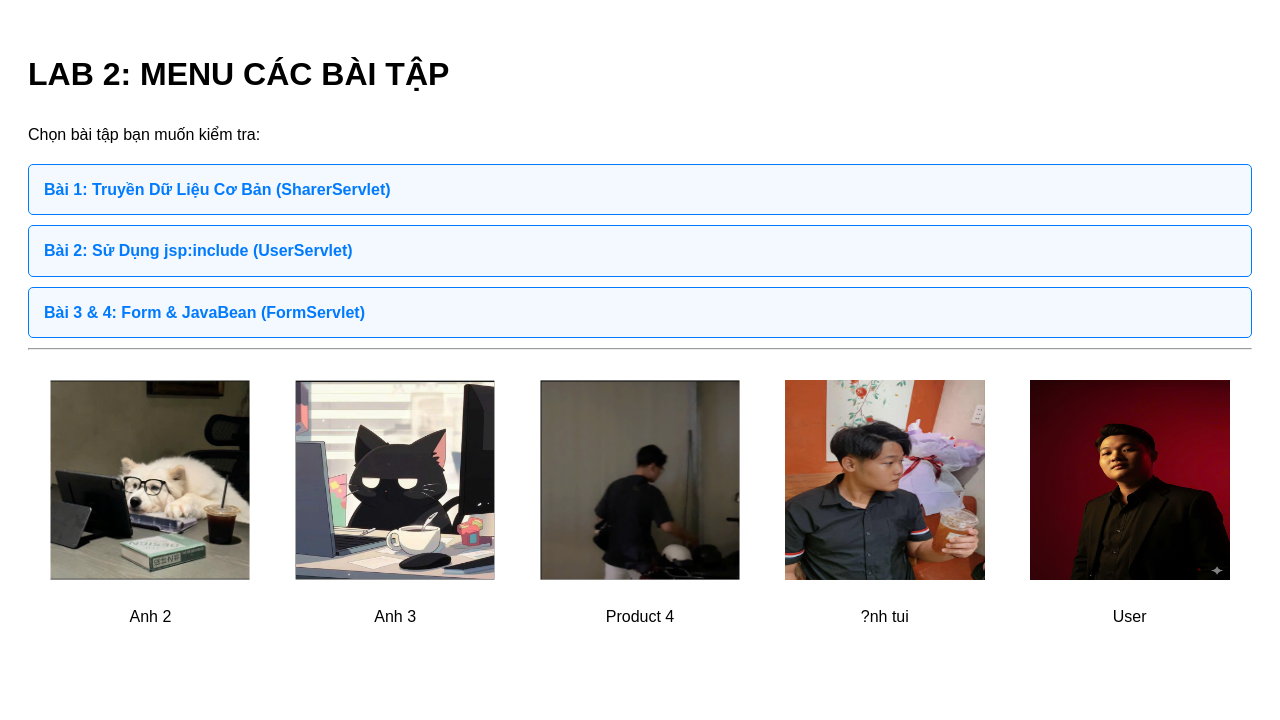
Repository: anhb287/Lab1_8_JAV101
Page: http://localhost/Lab2_TV00062_JAV101/index.jsp
These files come from the project's save history. The page is drawn as it stood at one moment and after the next save; the edit follows.
The browser window is 1280 px wide. The pictures show the whole page.
The page is served by Tomcat 10.

Above is the page before, as saved 2025-11-10 17:52:22.

After the next save:
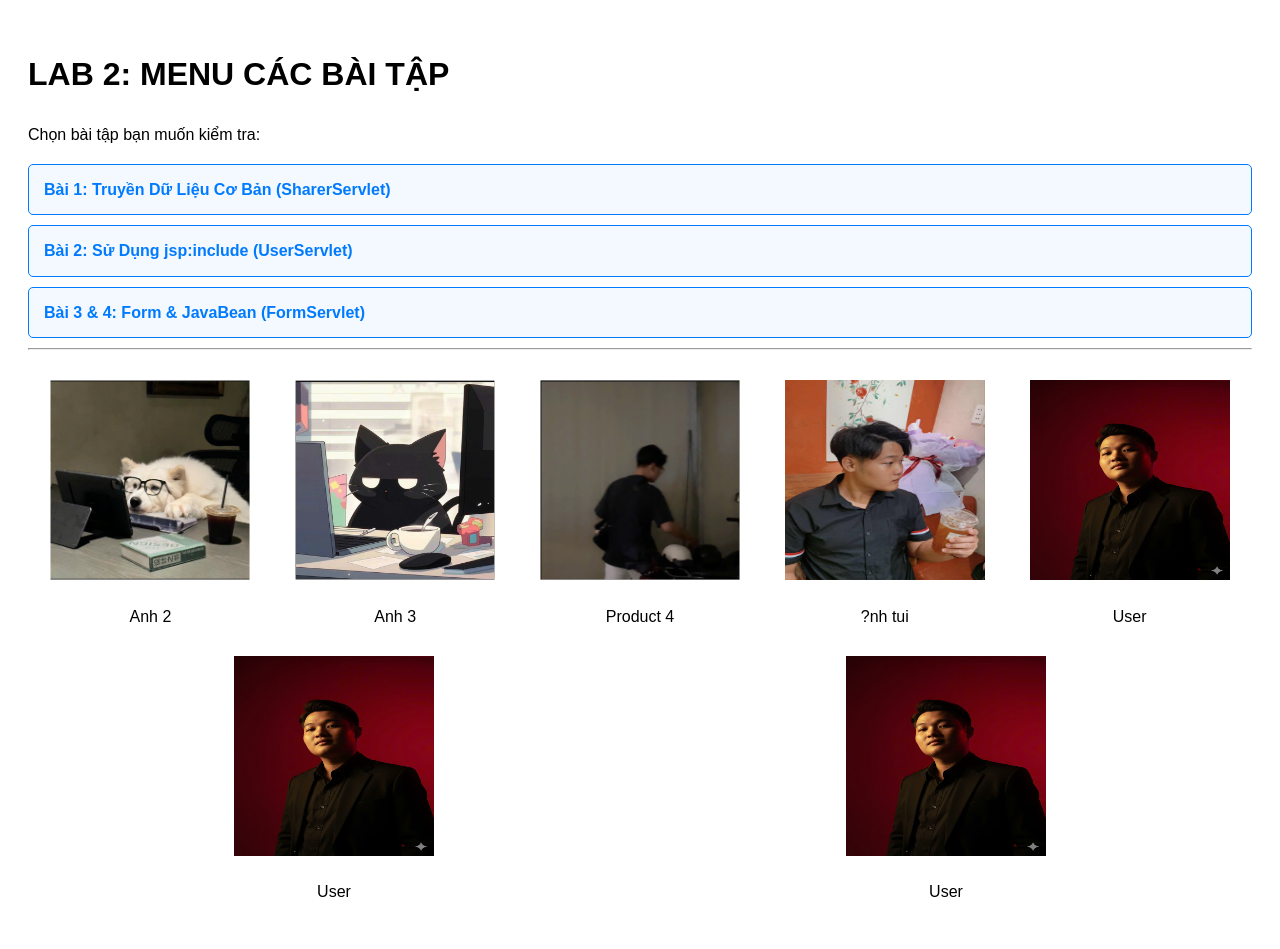
Saved 29 s later.
--- a/Lab2_TV00062_JAV101/src/main/webapp/index.jsp
+++ b/Lab2_TV00062_JAV101/src/main/webapp/index.jsp
@@ -73,6 +73,18 @@
             <jsp:param name="img" value="anh8.jpg"/>
         </jsp:include>
     </div>
+    <div class="item">
+        <jsp:include page="item.jsp">
+            <jsp:param name="name" value="User"/>
+            <jsp:param name="img" value="anh8.jpg"/>
+        </jsp:include>
+    </div>
+    <div class="item">
+        <jsp:include page="item.jsp">
+            <jsp:param name="name" value="User"/>
+            <jsp:param name="img" value="anh8.jpg"/>
+        </jsp:include>
+    </div>
 
 
    </div>
